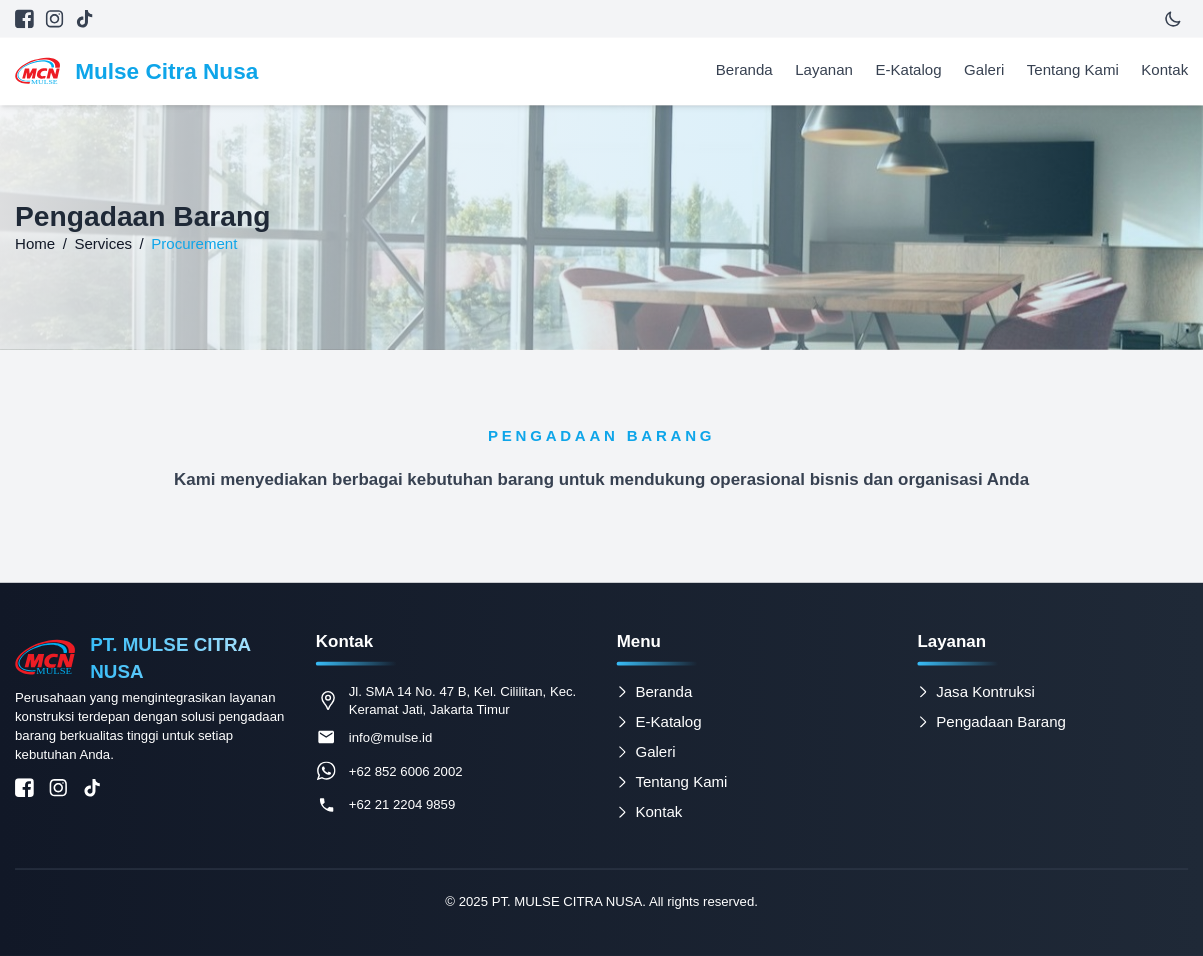
Repository: PrasBaldin/next-mulse
Page: /services/procurement
The author's editor kept a copy of each file at every save. The page is drawn from the files as they stood at one save, then again after the next save.
The browser window is 1280 px wide. The pictures show the whole page, at 94% of full size.
The project was rebuilt for these pictures with package versions that can differ from the ones it lists, and the page was loaded fresh each time. The framework's server and built-in components were replaced by stand-ins that run in the browser. Also part of the build but not shown: next.config.ts.

Above is the page before, as saved 2025-02-26 13:25:19.

### app/layout.tsx
import type { Metadata } from "next";
import { Geist, Geist_Mono } from "next/font/google";
import "./globals.css";
import Navbar from "@/components/navbar";
import Footer from "@/components/footer";

const geistSans = Geist({
  variable: "--font-geist-sans",
  subsets: ["latin"],
});

const geistMono = Geist_Mono({
  variable: "--font-geist-mono",
  subsets: ["latin"],
});

export const metadata: Metadata = {
  title: "Mulse",
  description: "Selamat datang di PT. Mulse Citra Nusa, kami menyediakan barang dan jasa sesuai kebutuhan Anda.",
};

export default function RootLayout({
  children,
}: Readonly<{
  children: React.ReactNode;
}>) {
  return (
    <html lang="en">
      <body className={`${geistSans.variable} ${geistMono.variable} antialiased`} >
        <Navbar />
        {children}
        <Footer />
      </body>
    </html>
  );
}

### app/services/procurement/page.tsx
import Link from "next/link";

const ProcurementPage = () => {
  return (
    <>
      <section className="mt-[72px] lg:mt-[112px]">
        <div className="banner">
          <div className="banner-mask"></div>
          <div className="container z-[1] relative">
            <div className="banner-content">
              <h4 className="text-3xl font-bold text-gray-800 dark:text-gray-100 transition duration-500 ease-in-out">
                Pengadaan Barang
              </h4>
              <ul className="breadcrumbs">
                <li>
                  <Link
                    href="/"
                    className="text-gray-900 dark:text-gray-100 transition duration-500 ease-in-out"
                  >
                    Home
                  </Link>
                </li>
                <li className="text-gray-900 dark:text-gray-100 transition duration-500 ease-in-out">
                  /
                </li>
                <li>
                  <Link
                    href="/"
                    className="text-gray-900 dark:text-gray-100 transition duration-500 ease-in-out"
                  >
                    Services
                  </Link>
                </li>
                <li className="text-gray-900 dark:text-gray-100 transition duration-500 ease-in-out">
                  /
                </li>
                <li>
                  <Link href="/gallery" className="text-sky-500">
                    Procurement
                  </Link>
                </li>
              </ul>
            </div>
          </div>
        </div>
      </section>
      <section className="py-20">
        <div className="container text-center">
          <h4 className="mb-3 text-sky-500 font-semibold tracking-[.25em] uppercase">
            Pengadaan Barang
          </h4>
          <h3 className="py-2 my-2 mx-auto w-3/4 text-gray-700 dark:text-gray-100 transition duration-500 ease-in-out text-lg font-semibold">
            Kami menyediakan berbagai kebutuhan barang untuk mendukung
            operasional bisnis dan organisasi Anda
          </h3>
        </div>
      </section>
    </>
  );
};

export default ProcurementPage;

### app/globals.css
@tailwind base;
@tailwind components;
@tailwind utilities;

:root {
  --background: #ffffff;
  --foreground: #171717;
}

@media (prefers-color-scheme: dark) {
  :root {
    --background: #0a0a0a;
    --foreground: #ededed;
  }
}

body {
  font-family: Arial, Helvetica, sans-serif;
  @apply bg-gray-100 dark:bg-gray-700;
}

.container {
  @apply mx-auto px-4;
}

.btn {
  @apply px-4 py-3 rounded-lg transition duration-500 ease-in-out;
}

.btn-primary {
  @apply bg-sky-600 hover:bg-sky-700 dark:hover:bg-sky-700 text-gray-100 hover:text-gray-300;
}

.btn-secondary {
  @apply bg-gray-100 hover:bg-gray-300 dark:hover:bg-gray-300 text-gray-800;
}

.btn-primary-border {
  @apply bg-transparent hover:bg-sky-500 dark:hover:bg-sky-500 border-2 border-sky-500 text-sky-500 dark:text-sky-500 hover:text-white dark:hover:text-white;
}

.banner {
  background-image: url("/img/banner-2.jpg");
  background-size: cover;
  @apply py-[100px] relative;
}

.banner-mask {
  @apply absolute inset-0 bg-gradient-to-r from-gray-100/90 to-sky-500/20 dark:from-gray-800/90 dark:to-sky-500/20 transition duration-500 ease-in-out z-[0];
}

.breadcrumbs {
  @apply flex gap-2 font-medium;
}

### components/navbar.css
.utility-bar {
  @apply hidden lg:block absolute top-0 w-full py-1 bg-gray-100 dark:bg-gray-700 transition duration-500 ease-in-out z-10;
}

.utility-content {
  @apply w-auto flex gap-2;
}

.social-media-link {
  @apply mr-3 text-gray-700 dark:text-gray-100 hover:text-sky-500 dark:hover:text-sky-500 transition duration-300;
}

.navbar {
  @apply bg-white dark:bg-gray-800 transition duration-500 ease-in-out shadow-md top-0 lg:top-[40px] fixed lg:absolute w-full z-20;
}

.nav-link {
  @apply text-gray-700 hover:text-sky-500 dark:hover:text-sky-500 dark:text-gray-100 py-5 transition duration-500 ease-in-out border-b-2 border-transparent hover:border-sky-500 flex items-center;
}

.nav-dropdown {
  @apply bg-white dark:bg-gray-800 absolute top-[4rem] -left-2 w-auto pt-2 p-3 border-2 border-sky-300 dark:border-sky-800 border-t-sky-500 dark:border-t-sky-500 shadow-xl rounded-lg overflow-visible transition-all duration-300 transform;
}

.nav-link-dropdown {
  @apply text-gray-700 hover:text-sky-500 dark:hover:text-sky-500 dark:text-gray-100 pt-2 pb-1 transition duration-500 ease-in-out hover:bg-gray-100 dark:hover:bg-gray-700 rounded border-b border-gray-200 hover:border-sky-500 block mt-2 px-2;
}

.nav-link-mobile {
  @apply hover:bg-gray-100 dark:hover:bg-gray-700 text-gray-700 hover:text-sky-500 dark:hover:text-sky-500 dark:text-gray-100 py-2 pl-2 border-b border-gray-200 hover:border-sky-500 rounded transition;
}

.hamburger {
  @apply absolute w-6 h-[3px] bg-gray-800 dark:bg-gray-100 rounded transition duration-500 ease-in-out;
}

.dropdown-arrow {
  @apply border-b-2 border-r-2 border-gray-700 dark:border-gray-100 ml-2 w-3 h-3 transition duration-500 ease-in-out;
}

.nav-link-mobile:hover .dropdown-arrow {
  @apply border-sky-500;
}

### components/toggleDarkMode.tsx
"use client";
import { useState, useEffect } from "react";
import IconDarkMode from "../app/_assets/icon/iconDarkmode";
import IconLightMode from "../app/_assets/icon/iconLightmode";

import "./toggleDarkMode.css";

const ToggleDarkMode = () => {
  const [isDarkMode, setIsDarkMode] = useState(false);
  useEffect(() => {
    const storedTheme = localStorage.getItem("theme");
    setIsDarkMode(storedTheme === "dark");
  }, []);

  useEffect(() => {
    if (isDarkMode) {
      document.documentElement.classList.add("dark");
      localStorage.setItem("theme", "dark");
    } else {
      document.documentElement.classList.remove("dark");
      localStorage.setItem("theme", "light");
    }
  }, [isDarkMode]);

  return (
    <>
      {/* Mobile */}
      <button
        onClick={() => setIsDarkMode(!isDarkMode)}
        className="lg:hidden btn h-11 flex items-center"
        style={{ padding: ".5rem" }}
      >
        <div className="block">
          <div className="absolute flex items-center gap-2">
            <div
              className={`toggle-dark-mode-mobile gap-2 ${
                isDarkMode ? "opacity-100 rotate-0" : "opacity-0 rotate-90"
              }`}
            >
              <IconLightMode />
            </div>
            <span
              className={`text-gray-700 dark:text-gray-300 ${
                isDarkMode ? "opacity-100" : "opacity-0"
              }`}
            >
              Light Mode
            </span>
          </div>
          <div className="flex items-center gap-2">
            <div
              className={`toggle-dark-mode-mobile gap-2 ${
                isDarkMode ? "opacity-0 -rotate-90" : "opacity-100 rotate-0"
              }`}
            >
              <IconDarkMode />
            </div>
            <span
              className={`text-gray-700 dark:text-gray-300 ${
                isDarkMode ? "opacity-0" : "opacity-100"
              }`}
            >
              Night Mode
            </span>
          </div>
        </div>
      </button>

      {/* Desktop */}
      <button
        onClick={() => setIsDarkMode(!isDarkMode)}
        className="btn hidden lg:block btn w-8 h-8 relative overflow-hidden"
      >
        <div
          className={`toggle-dark-mode ${
            isDarkMode ? "opacity-100 rotate-0" : "opacity-0 rotate-90"
          }`}
        >
          <IconLightMode />
        </div>
        <div
          className={`toggle-dark-mode ${
            isDarkMode ? "opacity-0 -rotate-90" : "opacity-100 rotate-0"
          }`}
        >
          <IconDarkMode />
        </div>
      </button>
    </>
  );
};

export default ToggleDarkMode;

### components/footer.css
footer table tr a {
    @apply transition duration-300
}

footer table tr:hover a {
    @apply text-sky-400
}

### app/_assets/icon/iconDarkmode.tsx
import React from "react";

const IconDarkmode = () => {
    return (
        <svg xmlns="http://www.w3.org/2000/svg" className="h-5 w-5 text-gray-700 dark:text-gray-100" fill="none" viewBox="0 0 24 24" stroke="currentColor">
            <path strokeLinecap="round" strokeLinejoin="round" strokeWidth={2} d="M20.354 15.354A9 9 0 018.646 3.646 9.003 9.003 0 0012 21a9.003 9.003 0 008.354-5.646z" />
        </svg>
    )
}

export default IconDarkmode

### app/_assets/icon/iconLightmode.tsx
import React from "react";

const IconLightMode = () => {
    return (
        <svg xmlns="http://www.w3.org/2000/svg" className="h-5 w-5 text-gray-100" fill="none" viewBox="0 0 24 24" stroke="currentColor">
            <path strokeLinecap="round" strokeLinejoin="round" strokeWidth="2" d="M12 3v1m0 16v1m9-9h-1M4 12H3m15.364 6.364l-.707-.707M6.343 6.343l-.707-.707m12.728 0l-.707.707M6.343 17.657l-.707.707" />
            <circle cx="12" cy="12" r="3" stroke="currentColor" strokeWidth="2" fill="none" />
        </svg>
    )
}

export default IconLightMode

### components/toggleDarkMode.css
.toggle-dark-mode {
    @apply absolute top-0 bottom-0 left-0 right-0 flex items-center justify-center transition-all duration-500 transform
}

.toggle-dark-mode-mobile {
    @apply flex items-center justify-center transition-all duration-500 transform
}

### tailwind.config.ts
import type { Config } from "tailwindcss";

export default {
  darkMode: 'class',
  content: [
    "./pages/**/*.{js,ts,jsx,tsx,mdx}",
    "./components/**/*.{js,ts,jsx,tsx,mdx}",
    "./app/**/*.{js,ts,jsx,tsx,mdx}"
  ],
  theme: {
    extend: {
      width: {
        '11': '2.75rem',
      },
      height: {
        '11': '2.75rem',
      },
      colors: {
        background: "var(--background)",
        foreground: "var(--foreground)",
      },
    },
  },
  plugins: [],
} satisfies Config;

Loaded but not shown: components/footer.tsx (503 lines, source omitted); components/navbar.tsx (283 lines, source omitted)

After the next save:
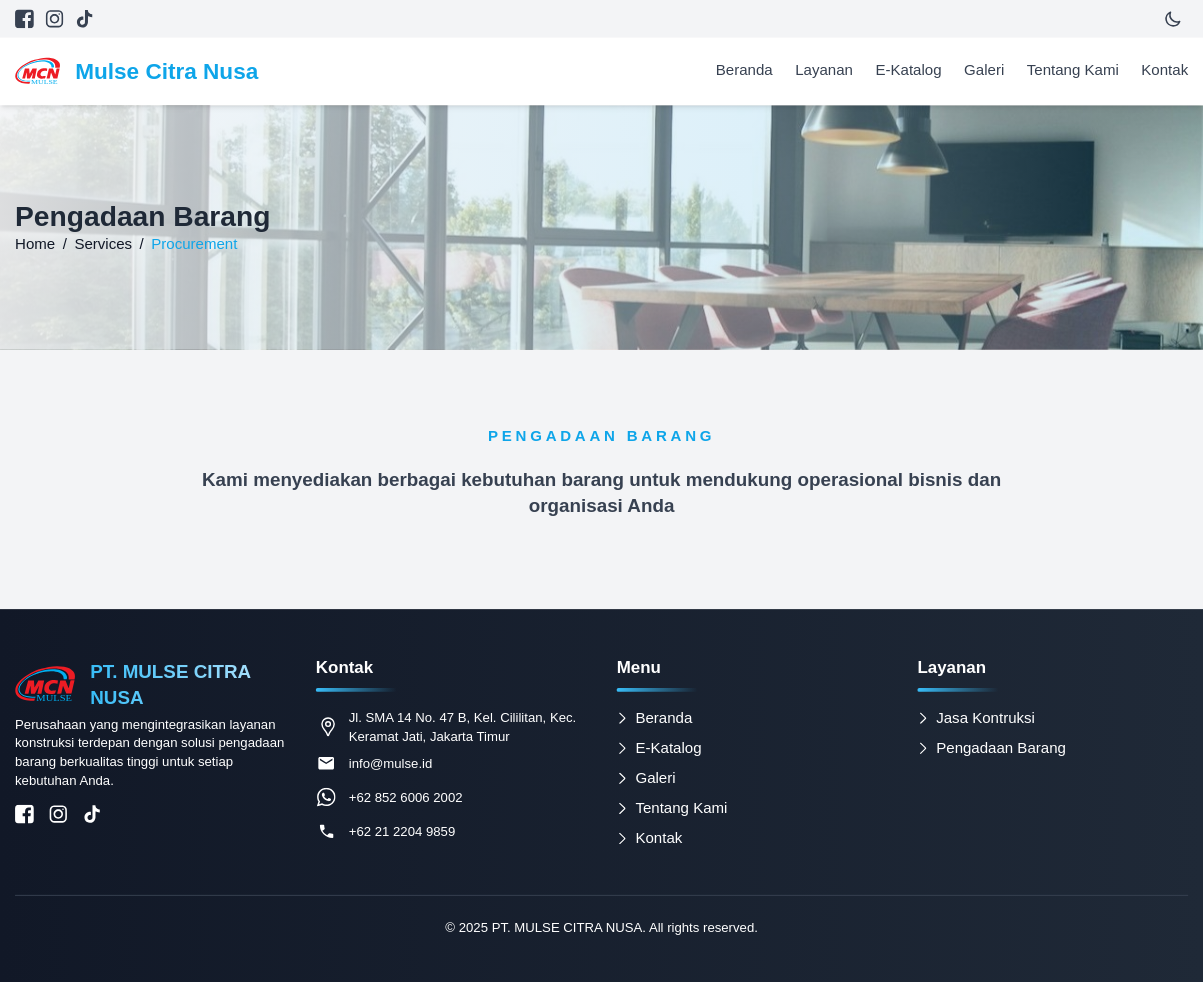
Saved 16 s later.
--- a/app/services/procurement/page.tsx
+++ b/app/services/procurement/page.tsx
@@ -49,7 +49,7 @@
           <h4 className="mb-3 text-sky-500 font-semibold tracking-[.25em] uppercase">
             Pengadaan Barang
           </h4>
-          <h3 className="py-2 my-2 mx-auto w-3/4 text-gray-700 dark:text-gray-100 transition duration-500 ease-in-out text-lg font-semibold">
+          <h3 className="py-2 my-2 mx-auto w-3/4 text-gray-700 dark:text-gray-100 transition duration-500 ease-in-out text-xl font-semibold">
             Kami menyediakan berbagai kebutuhan barang untuk mendukung
             operasional bisnis dan organisasi Anda
           </h3>
